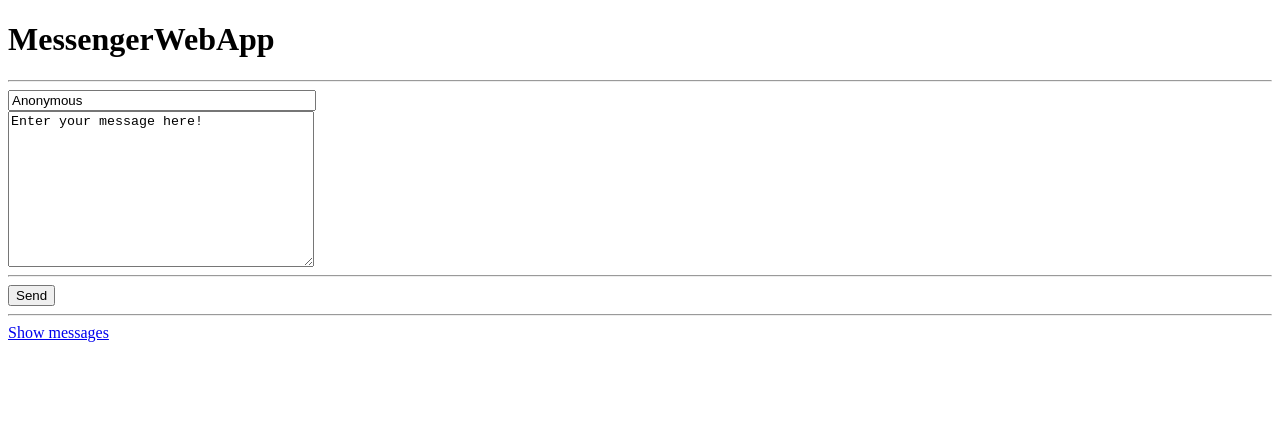
Repository: sones/sones-mule
Page: http://localhost/MessengerWebApp/
These files come from the project's save history. The page is drawn as it stood at one moment and after the next save; the edit follows.
The browser window is 1280 px wide. The pictures show the whole page.
The page is served by Tomcat 9.

Above is the page before, as saved 2011-08-26 14:15:11.

After the next save:
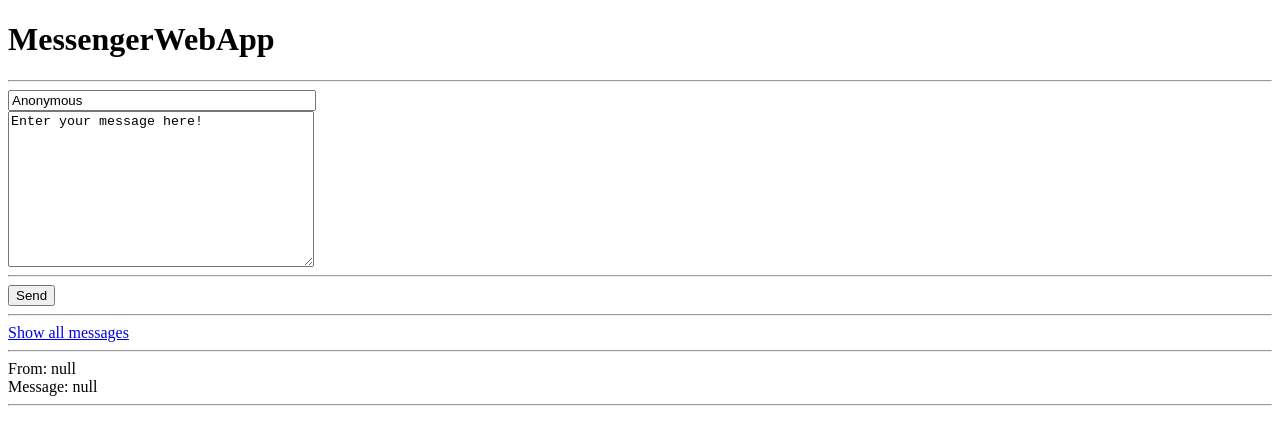
Saved 5 min 19 s later.
--- a/MessagingExampleWorkspace/MessengerWebApp/WebContent/index.jsp
+++ b/MessagingExampleWorkspace/MessengerWebApp/WebContent/index.jsp
@@ -12,6 +12,7 @@
 
 <hr/>
 
+
 <form action="index.jsp" method="get">
 	<input type="text" name="FromName" value="Anonymous" style="width: 300px; "/>
 	<br/>
@@ -22,7 +23,18 @@
 
 <hr/>
 
-<a href="list.jsp">Show messages</a>
+<a href="list.jsp">Show all messages</a>
+
+<hr/>
+
+<%
+out.println("From: " + request.getParameter("FromName"));
+out.println("<br/>");
+out.println("Message: " + request.getParameter("MsgText"));
+%>
+
+<hr/>
+
 
 </body>
 </html>
